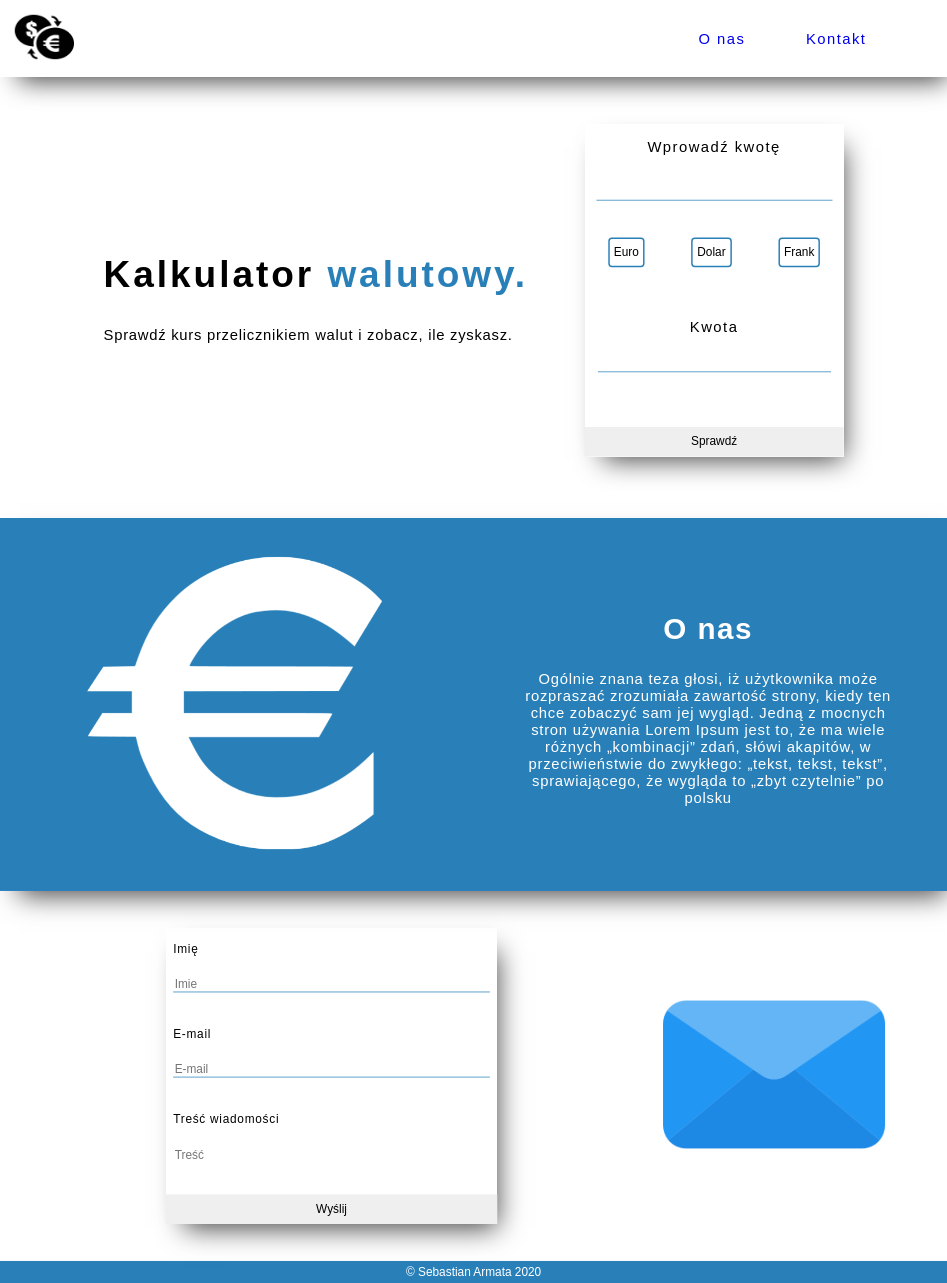
Repository: SebastianArmata22/Kalkulator-walut
Page: index.html
An editor plug-in stored every save of this project. The page is shown before and after the next save, followed by the edit.
The browser window is 1280 px wide. The pictures show the whole page, at 74% of full size.

Above is the page before, as saved 2020-10-24 21:28:38.

After the next save:
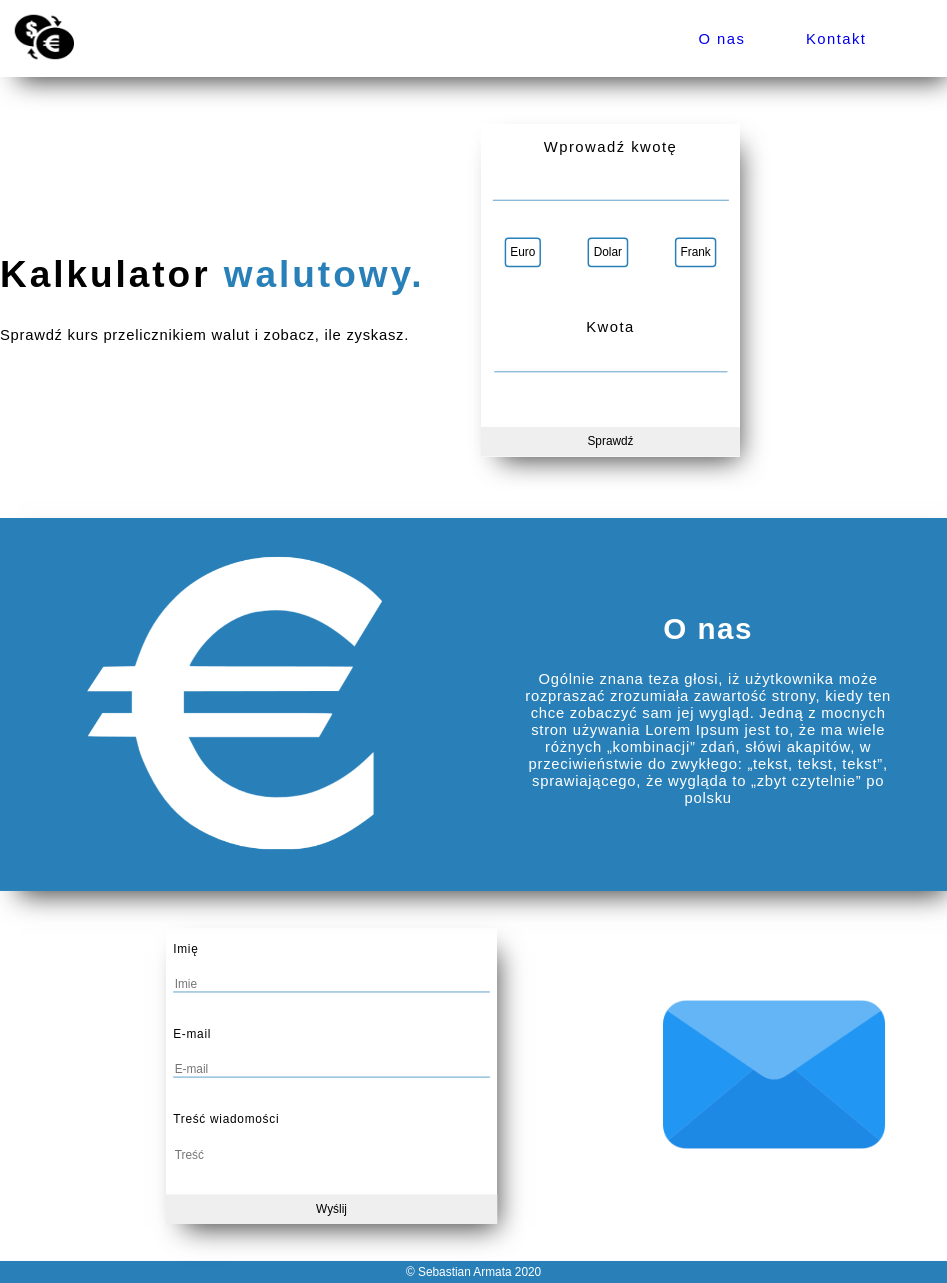
Saved 112 s later.
--- a/style.css
+++ b/style.css
@@ -60,7 +60,7 @@
 .main-content{
     display: flex;
     align-items: center;
-    justify-content: center;
+    justify-content: space-between;
     flex-wrap: wrap;
 }
 .calculator-content{

After the save that followed:
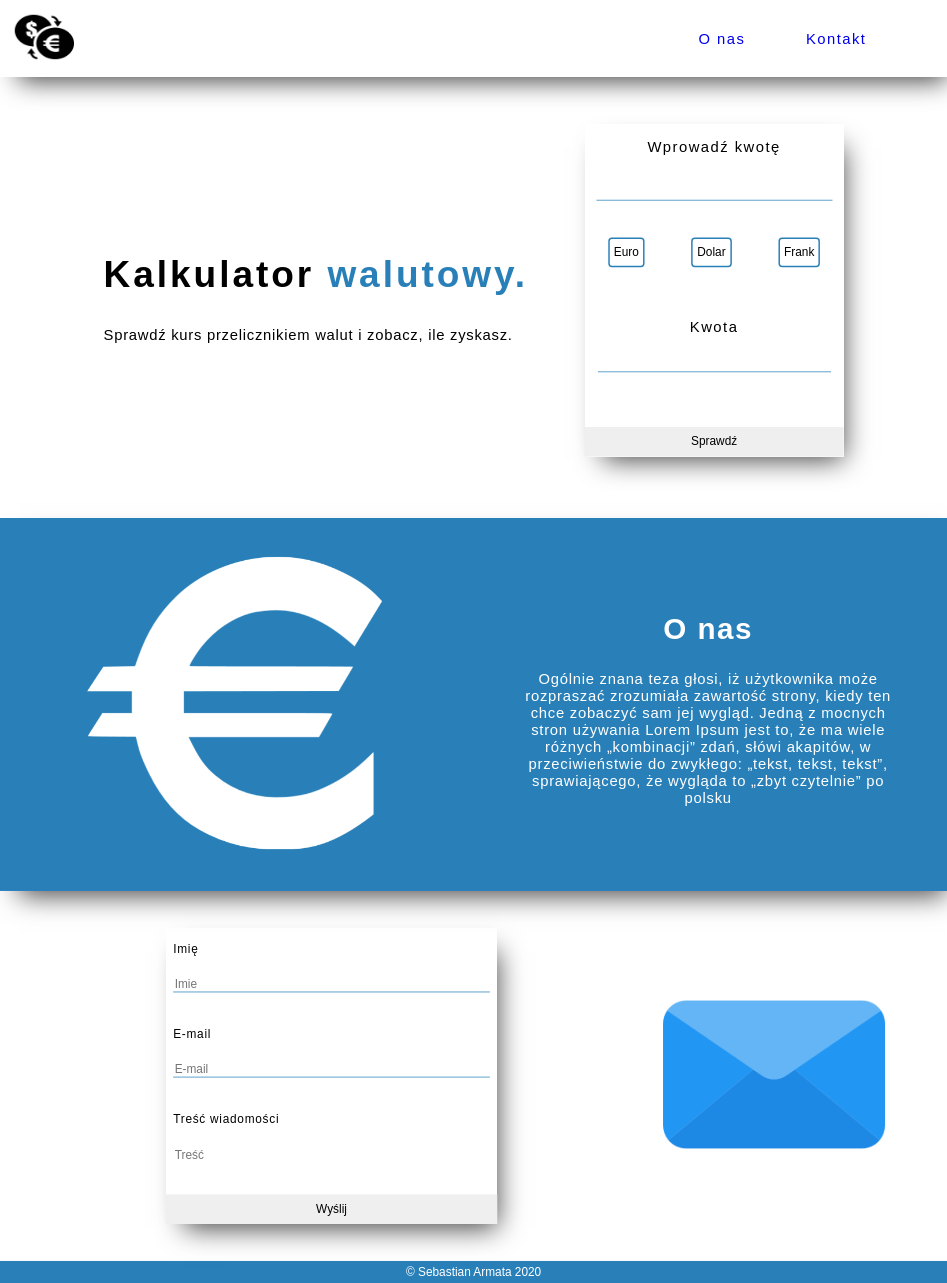
Saved 13 s later.
--- a/style.css
+++ b/style.css
@@ -60,7 +60,7 @@
 .main-content{
     display: flex;
     align-items: center;
-    justify-content: space-between;
+    justify-content: center;
     flex-wrap: wrap;
 }
 .calculator-content{
